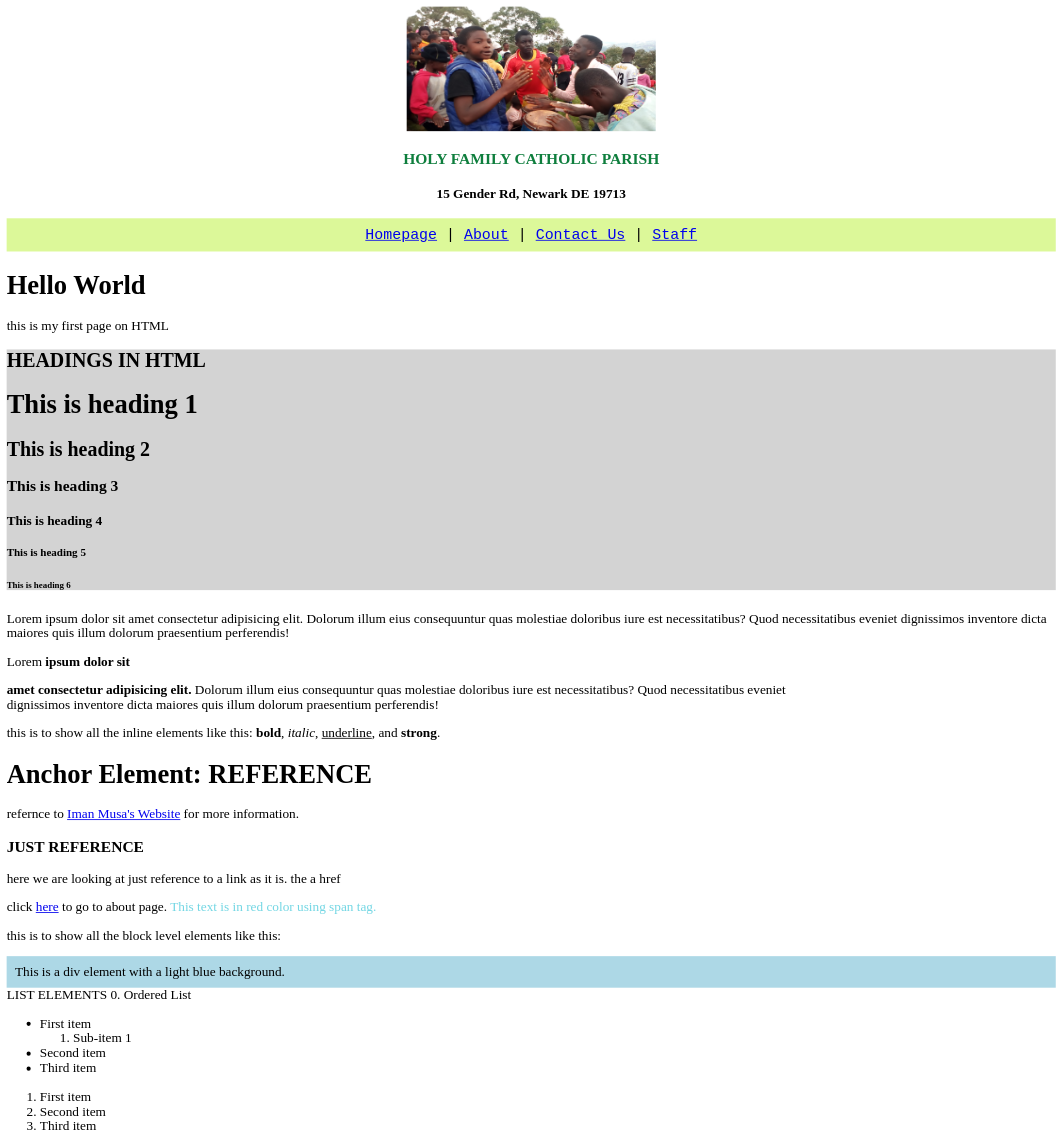
Repository: ficotims/HTML-RESTART
Page: Homepage.html
The author's editor kept a copy of each file at every save. The page is drawn from the files as they stood at one save, then again after the next save.
The browser window is 1280 px wide. The pictures show the whole page, at 83% of full size.

Above is the page before, as saved 2026-02-07 18:42:22.

After the next save:
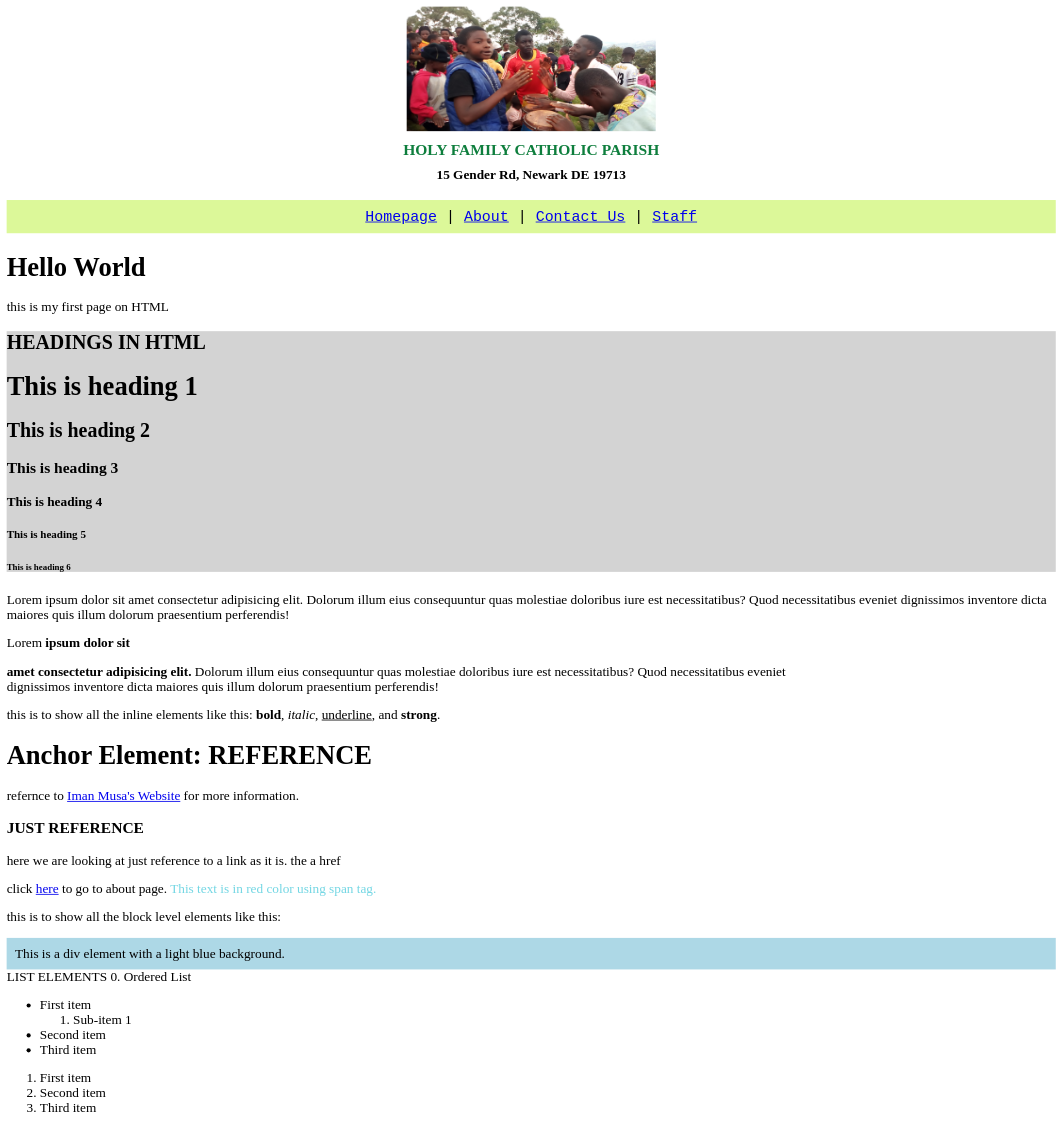
Saved 5 s later.
--- a/Homepage.html
+++ b/Homepage.html
@@ -13,7 +13,7 @@
         width="300"
         height="150"
       />
-    <h3><span style="color: rgb(14, 126, 61);"><div style="line-height: -2;">HOLY FAMILY CATHOLIC PARISH</b></span></h3>
+    <h3><span style="color: rgb(14, 126, 61);"><div style="line-height: 0;">HOLY FAMILY CATHOLIC PARISH</b></span></h3>
     <H4>15 Gender Rd, Newark DE 19713</H4></div>
     <!-- NAVIGATION SECTION -->
      <div style="background-color: rgb(220, 248, 153); padding: 10px; text-align: center; font-size: 18px; font-family: monospace, Lemon milk;">
